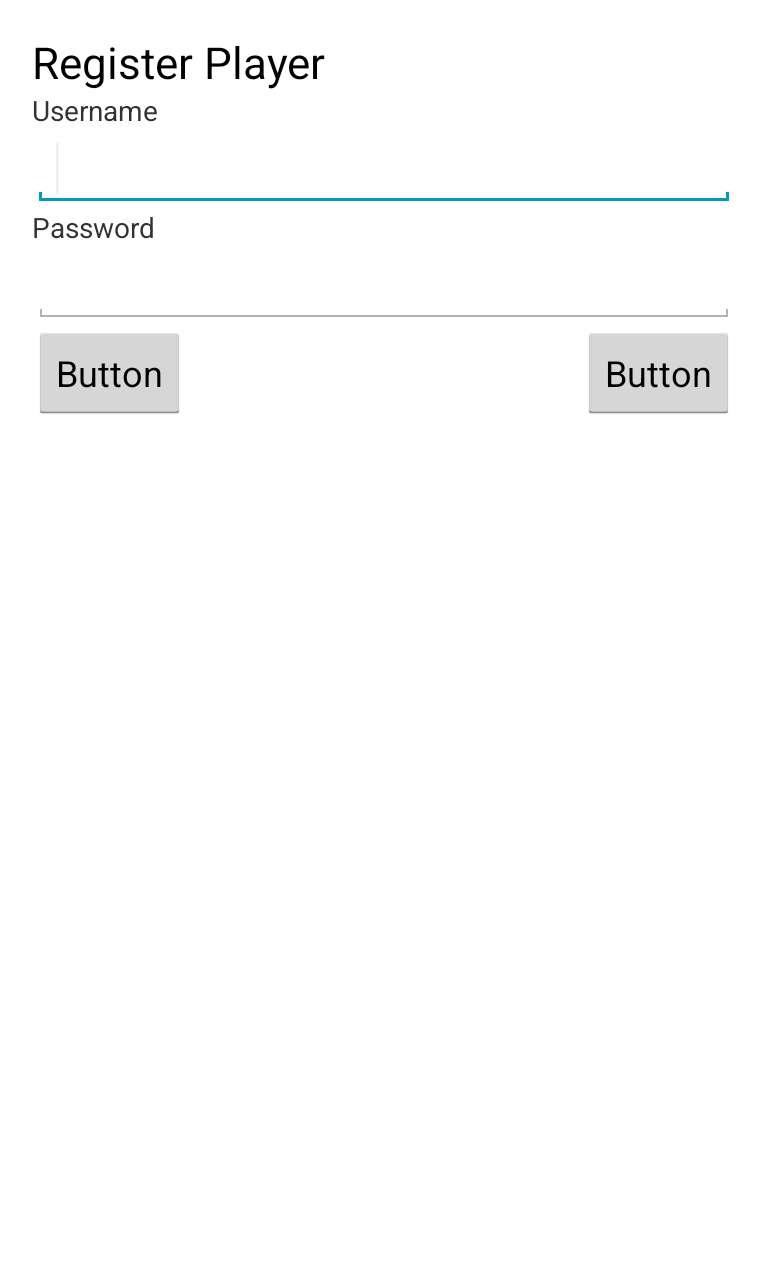
Repository: Sharkeysps/AndroidProjects
Layout: AndroidQuiz/Quiz/res/layout/register_user_activity.xml
The author's editor kept a copy of each file at every save. The layout is drawn from the files as they stood at one save, then again after the next save.
It is drawn on a 768 x 1280 px phone screen (xhdpi) without system bars, with theme AppTheme; the app's code is not run.

Above is the layout before, as saved 2014-02-01 04:57:57.

### AndroidQuiz/Quiz/res/layout/register_user_activity.xml
<LinearLayout xmlns:android="http://schemas.android.com/apk/res/android"
    xmlns:tools="http://schemas.android.com/tools"
    android:layout_width="match_parent"
    android:layout_height="match_parent"
    android:paddingBottom="@dimen/activity_vertical_margin"
    android:paddingLeft="@dimen/activity_horizontal_margin"
    android:paddingRight="@dimen/activity_horizontal_margin"
    android:paddingTop="@dimen/activity_vertical_margin"
    tools:context=".RegisterUserActivity" >

    <LinearLayout
        android:layout_width="wrap_content"
        android:layout_height="match_parent"
        android:layout_weight="0.90"
        android:orientation="vertical" >

        <TextView
            android:id="@+id/addUserText"
            android:layout_width="wrap_content"
            android:layout_height="wrap_content"
            android:text="Register Player"
            android:textAppearance="?android:attr/textAppearanceLarge" />

        <TextView
            android:id="@+id/textView2"
            android:layout_width="wrap_content"
            android:layout_height="wrap_content"
            android:text="Username" />

        <EditText
            android:id="@+id/registerUsername"
            android:layout_width="match_parent"
            android:layout_height="wrap_content"
            android:ems="10" >

            <requestFocus />
        </EditText>

        <TextView
            android:id="@+id/textView3"
            android:layout_width="wrap_content"
            android:layout_height="wrap_content"
            android:text="Password" />

        <EditText
            android:id="@+id/registerPassword"
            android:layout_width="match_parent"
            android:layout_height="wrap_content"
            android:ems="10"
            android:inputType="textPassword" />

        <RelativeLayout
            android:layout_width="match_parent"
            android:layout_height="wrap_content"
            android:layout_weight="0.14" >

            <Button
                android:id="@+id/button1"
                android:layout_width="wrap_content"
                android:layout_height="wrap_content"
                android:layout_alignParentLeft="true"
                android:layout_alignParentTop="true"
                android:text="Button" />

            <Button
                android:id="@+id/button2"
                android:layout_width="wrap_content"
                android:layout_height="wrap_content"
                android:layout_alignParentRight="true"
                android:layout_alignParentTop="true"
                android:text="Button" />

        </RelativeLayout>
    </LinearLayout>

</LinearLayout>

Loaded but not shown: AndroidQuiz/Quiz/res/values/styles.xml (common file); AndroidQuiz/Quiz/res/values-v11/styles.xml (common file); AndroidQuiz/Quiz/res/values-v14/styles.xml (common file); AndroidQuiz/Quiz/res/values/dimens.xml (common file)

After the next save:
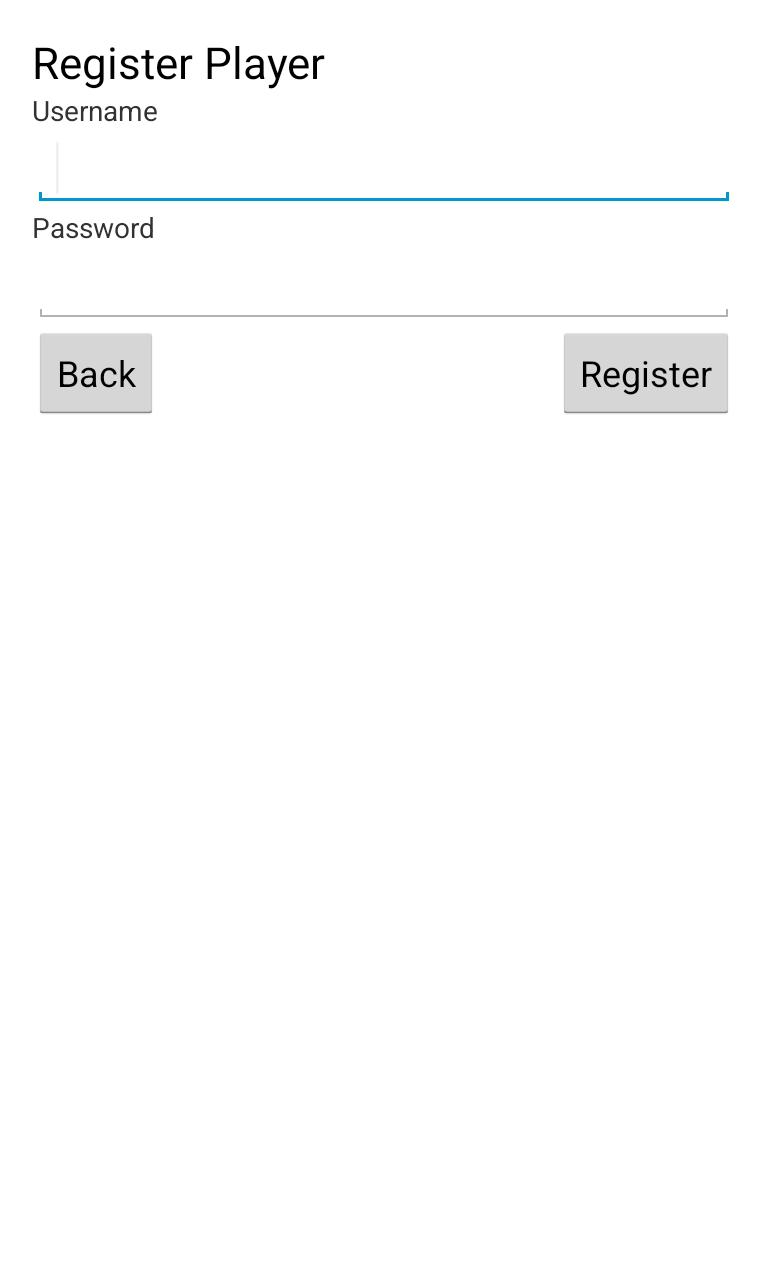
Saved 35 s later.
--- a/AndroidQuiz/Quiz/res/layout/register_user_activity.xml
+++ b/AndroidQuiz/Quiz/res/layout/register_user_activity.xml
@@ -55,20 +55,20 @@
             android:layout_weight="0.14" >
 
             <Button
-                android:id="@+id/button1"
+                android:id="@+id/backToLogin"
                 android:layout_width="wrap_content"
                 android:layout_height="wrap_content"
                 android:layout_alignParentLeft="true"
                 android:layout_alignParentTop="true"
-                android:text="Button" />
+                android:text="Back" />
 
             <Button
-                android:id="@+id/button2"
+                android:id="@+id/registerUserBtn"
                 android:layout_width="wrap_content"
                 android:layout_height="wrap_content"
                 android:layout_alignParentRight="true"
                 android:layout_alignParentTop="true"
-                android:text="Button" />
+                android:text="Register" />
 
         </RelativeLayout>
     </LinearLayout>
